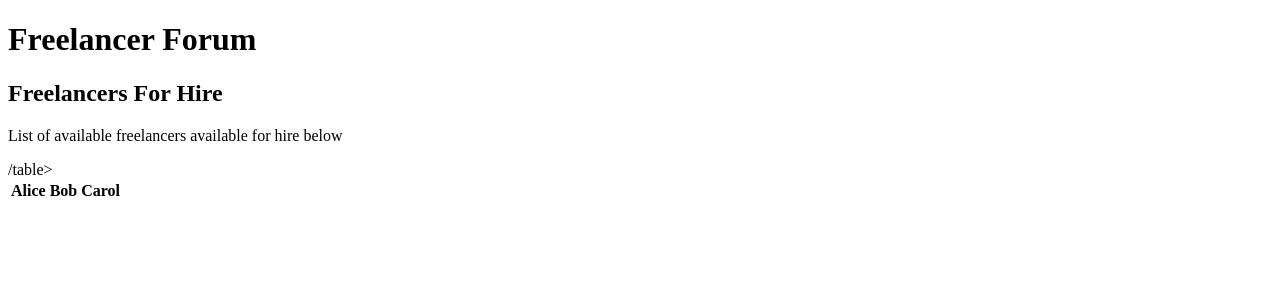
Repository: MelindaN14/Unit2.FreelancerForum
Page: forum/app.html
These files come from the project's save history. The page is drawn as it stood at one moment and after the next save; the edit follows.
The browser window is 1280 px wide. The pictures show the whole page.

Above is the page before, as saved 2024-04-10 20:39:52.

After the next save:
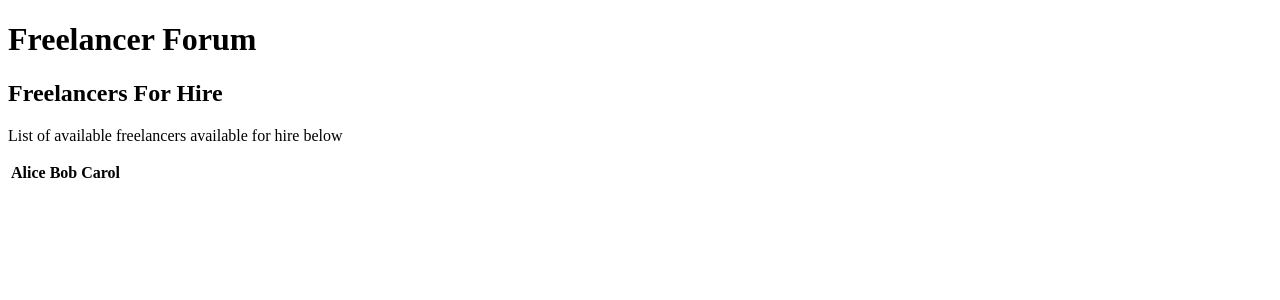
Saved 21 s later.
--- a/forum/app.html
+++ b/forum/app.html
@@ -17,7 +17,7 @@
     <th>Carol</th>
    </tr>
    <tr></tr>
-   /table>
+</table>
    <tr></tr>
    <tr></tr>
   </body>
